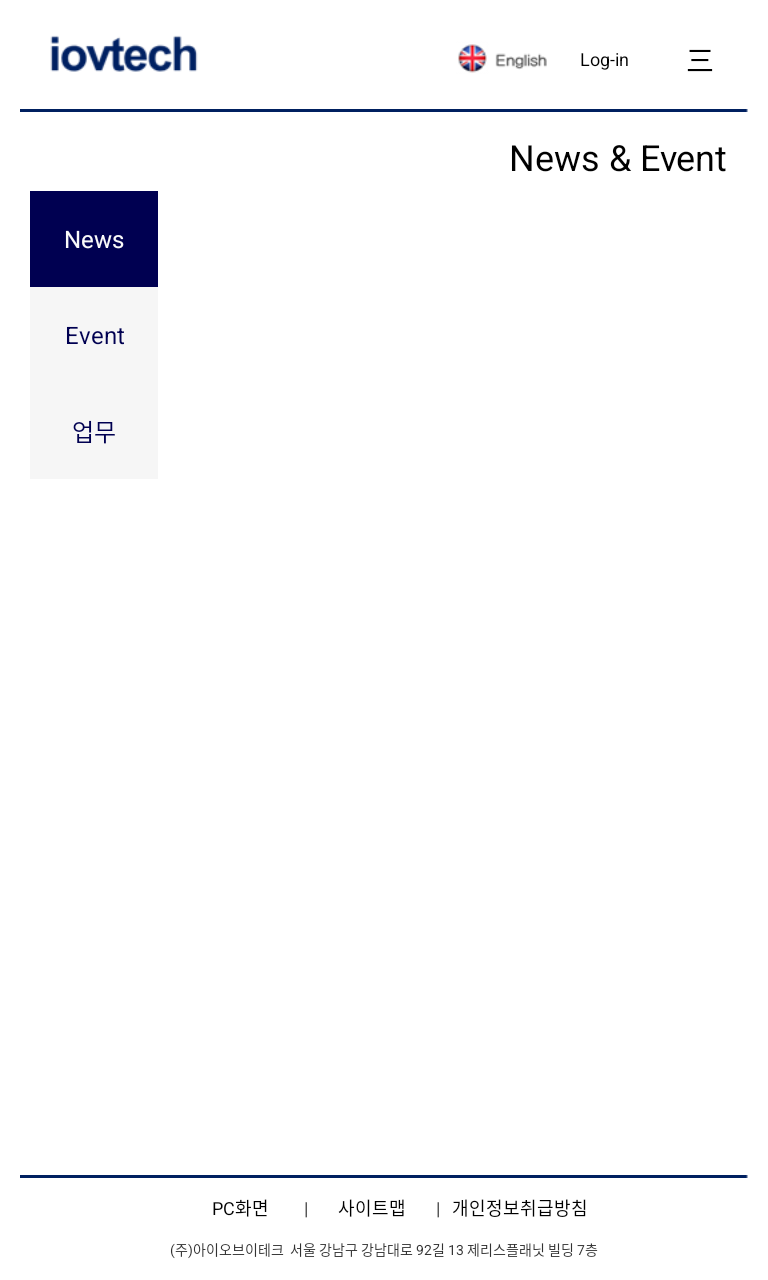
Repository: hyekkyung/CDH_Tutorials
Layout: Mobile_IOV/res/layout/m_news.xml
The author's editor kept a copy of each file at every save. The layout is drawn from the files as they stood at one save, then again after the next save.
It is drawn on a 768 x 1280 px phone screen (xhdpi) without system bars, with theme AppTheme; the app's code is not run.

Above is the layout before, as saved 2015-02-02 08:29:05.

### Mobile_IOV/res/layout/m_news.xml
<?xml version="1.0" encoding="utf-8"?>
<RelativeLayout xmlns:android="http://schemas.android.com/apk/res/android"
    android:layout_width="match_parent"
    android:layout_height="match_parent"
    android:paddingLeft="10sp"
    android:paddingRight="10sp"
    android:paddingBottom="10sp"
    android:paddingTop="5sp" >

    <LinearLayout
        android:id="@+id/linearLayout1"
        android:layout_width="wrap_content"
        android:layout_height="wrap_content"
        android:layout_alignParentLeft="true"
        android:layout_alignParentRight="true"
        android:layout_alignParentTop="true" >

        <ImageButton
       		android:id="@+id/home_btn"
            style="?android:attr/buttonStyleSmall"
            android:layout_width="wrap_content"
            android:layout_height="wrap_content"
            android:background="#FFFFFF"
            android:src="@drawable/logo_03" />

        <ImageButton
       		android:id="@+id/kor_btn"
            style="?android:attr/buttonStyleSmall"
            android:layout_width="wrap_content"
            android:layout_height="wrap_content"
            android:background="#FFFFFF"
            android:layout_weight="0.5"
            android:layout_marginLeft="25sp"
            android:onClick="mOnclick" />

        <ImageView
       		android:id="@+id/lang_btn"
            android:layout_width="wrap_content"
            android:layout_height="wrap_content"
            android:background="@drawable/eng_btn"
            android:paddingLeft="3sp"
            android:onClick="mOnclick"
            android:layout_gravity="center" />

        <Button
       		android:id="@+id/join_btn"
            style="?android:attr/buttonStyleSmall"
            android:layout_width="wrap_content"
            android:layout_height="wrap_content"
            android:background="#FFFFFF"
            android:text="Log-in"
            android:textSize="9sp"
            android:layout_gravity="center" />

        <Button
       		android:id="@+id/sub_btn"
            style="?android:attr/buttonStyleSmall"
            android:layout_width="wrap_content"
            android:layout_height="wrap_content"
            android:background="#FFFFFF"
            android:text="三"
            android:layout_gravity="center" />

    </LinearLayout>

    <ImageView
        android:id="@+id/imageView1"
        android:layout_width="wrap_content"
        android:layout_height="wrap_content"
        android:layout_below="@+id/linearLayout1"
        android:layout_centerHorizontal="true"
        android:src="@drawable/sep_line" />

    <TextView
        android:id="@+id/textView1"
        android:layout_width="wrap_content"
        android:layout_height="wrap_content"
        android:layout_alignParentBottom="true"
        android:layout_centerHorizontal="true"
        android:paddingTop="5sp"
        android:text="(주)아이오브이테크  서울 강남구 강남대로 92길 13 제리스플래닛 빌딩 7층"
        android:textSize="7sp" />

    <LinearLayout
        android:id="@+id/linearLayout2"
        android:layout_width="wrap_content"
        android:layout_height="wrap_content"
        android:layout_above="@+id/textView1"
        android:layout_centerHorizontal="true" >

        <Button
            android:id="@+id/pc_btn"
            android:layout_width="wrap_content"
            android:layout_height="20sp"
            android:background="#FFFFFF"
            android:text=" PC화면 "
            android:textSize="9sp" />

        <TextView
            android:layout_width="wrap_content"
            android:layout_height="wrap_content"
            android:text="|"
            android:textSize="9sp"
            android:textAppearance="?android:attr/textAppearanceSmall" />

        <Button
            android:id="@+id/sitemap_btn"
            android:layout_width="wrap_content"
            android:layout_height="20sp"
            android:background="#FFFFFF"
            android:text=" 사이트맵 "
            android:textSize="9sp" />

        <TextView
            android:layout_width="wrap_content"
            android:layout_height="wrap_content"
            android:text="| "
            android:textSize="9sp"
            android:textAppearance="?android:attr/textAppearanceSmall" />

        <Button
            android:id="@+id/personal_btn"
            android:layout_width="wrap_content"
            android:layout_height="20sp"
            android:background="#FFFFFF"
            android:text="  개인정보취급방침 "
            android:textSize="9sp" />
    </LinearLayout>

    <ImageView
        android:id="@+id/imageView3"
        android:layout_width="wrap_content"
        android:layout_height="wrap_content"
        android:layout_above="@+id/linearLayout2"
        android:layout_alignLeft="@+id/imageView1"
        android:paddingTop="5sp"
        android:paddingBottom="5sp"
        android:src="@drawable/sep_line" />

    <LinearLayout
        android:layout_width="wrap_content"
        android:layout_height="wrap_content"
        android:layout_above="@+id/imageView3"
        android:layout_alignParentLeft="true"
        android:layout_alignRight="@+id/imageView3"
        android:layout_below="@+id/imageView1"
        android:paddingBottom="10sp"
        android:paddingRight="10sp"
        android:paddingLeft="5sp"
        android:paddingTop="10sp"
        android:orientation="vertical" >

        <TextView
            android:id="@+id/textView2"
            android:layout_width="wrap_content"
            android:layout_height="wrap_content"
            android:layout_gravity="right"
            android:paddingBottom="5sp"
            android:paddingLeft="5sp"
            android:text="News &amp; Event"
            android:textAppearance="?android:attr/textAppearanceMedium" />

        <LinearLayout
            android:layout_width="match_parent"
            android:layout_height="match_parent" >

            <LinearLayout
                android:layout_width="wrap_content"
                android:layout_height="match_parent"
                android:orientation="vertical" >

                <Button
                    android:id="@+id/n_1"
                    android:layout_width="wrap_content"
                    android:layout_height="wrap_content"
                    android:text="News"
                    android:textSize="12sp"
                    android:textColor="#FAFAFA"
                    android:background="#000051" />

                <Button
                    android:id="@+id/n_2"
                    android:layout_width="wrap_content"
                    android:layout_height="wrap_content"
                    android:background="#F6F6F6"
                    android:text="Event"
                    android:textColor="#000051"
                    android:textSize="12sp" />

                <Button
                    android:id="@+id/n_3"
                    android:layout_width="wrap_content"
                    android:layout_height="wrap_content"
                    android:background="#F6F6F6"
                    android:text="업무"
                    android:textColor="#000051"
                    android:textSize="12sp" />

            </LinearLayout>

            <ScrollView
                android:id="@+id/scrollView1"
                android:layout_width="match_parent"
                android:layout_height="match_parent" >
            </ScrollView>

        </LinearLayout>

    </LinearLayout>

</RelativeLayout>

Loaded but not shown: Mobile_IOV/res/values/styles.xml (common file); Mobile_IOV/res/values-v11/styles.xml (common file); Mobile_IOV/res/values-v14/styles.xml (common file)

After the next save:
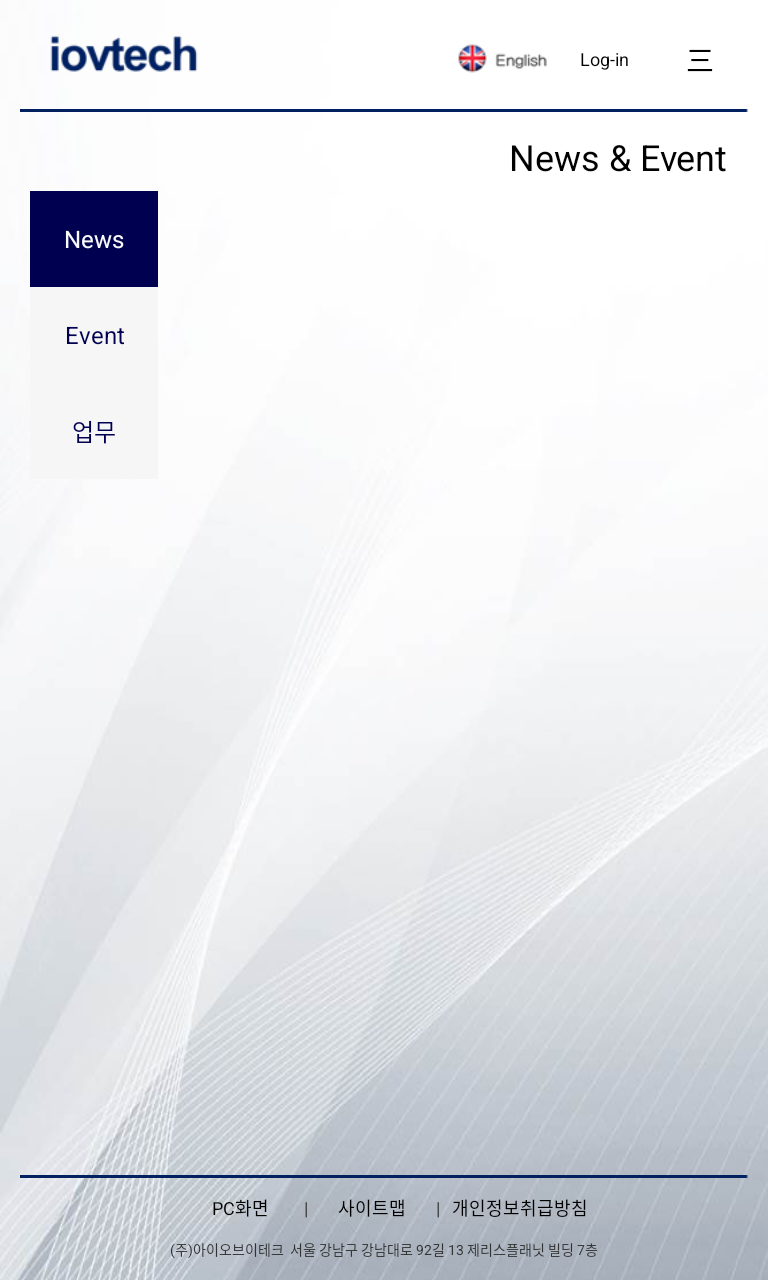
Saved 69 s later.
--- a/Mobile_IOV/res/layout/m_news.xml
+++ b/Mobile_IOV/res/layout/m_news.xml
@@ -2,9 +2,10 @@
 <RelativeLayout xmlns:android="http://schemas.android.com/apk/res/android"
     android:layout_width="match_parent"
     android:layout_height="match_parent"
+    android:background="@drawable/bg_main"
+    android:paddingBottom="10sp"
     android:paddingLeft="10sp"
     android:paddingRight="10sp"
-    android:paddingBottom="10sp"
     android:paddingTop="5sp" >
 
     <LinearLayout
@@ -20,7 +21,7 @@
             style="?android:attr/buttonStyleSmall"
             android:layout_width="wrap_content"
             android:layout_height="wrap_content"
-            android:background="#FFFFFF"
+            android:background="#00000000"
             android:src="@drawable/logo_03" />
 
         <ImageButton
@@ -28,7 +29,7 @@
             style="?android:attr/buttonStyleSmall"
             android:layout_width="wrap_content"
             android:layout_height="wrap_content"
-            android:background="#FFFFFF"
+            android:background="#00000000"
             android:layout_weight="0.5"
             android:layout_marginLeft="25sp"
             android:onClick="mOnclick" />
@@ -47,7 +48,7 @@
             style="?android:attr/buttonStyleSmall"
             android:layout_width="wrap_content"
             android:layout_height="wrap_content"
-            android:background="#FFFFFF"
+            android:background="#00000000"
             android:text="Log-in"
             android:textSize="9sp"
             android:layout_gravity="center" />
@@ -57,7 +58,7 @@
             style="?android:attr/buttonStyleSmall"
             android:layout_width="wrap_content"
             android:layout_height="wrap_content"
-            android:background="#FFFFFF"
+            android:background="#00000000"
             android:text="三"
             android:layout_gravity="center" />
 
@@ -92,7 +93,7 @@
             android:id="@+id/pc_btn"
             android:layout_width="wrap_content"
             android:layout_height="20sp"
-            android:background="#FFFFFF"
+            android:background="#00000000"
             android:text=" PC화면 "
             android:textSize="9sp" />
 
@@ -107,7 +108,7 @@
             android:id="@+id/sitemap_btn"
             android:layout_width="wrap_content"
             android:layout_height="20sp"
-            android:background="#FFFFFF"
+            android:background="#00000000"
             android:text=" 사이트맵 "
             android:textSize="9sp" />
 
@@ -122,7 +123,7 @@
             android:id="@+id/personal_btn"
             android:layout_width="wrap_content"
             android:layout_height="20sp"
-            android:background="#FFFFFF"
+            android:background="#00000000"
             android:text="  개인정보취급방침 "
             android:textSize="9sp" />
     </LinearLayout>
